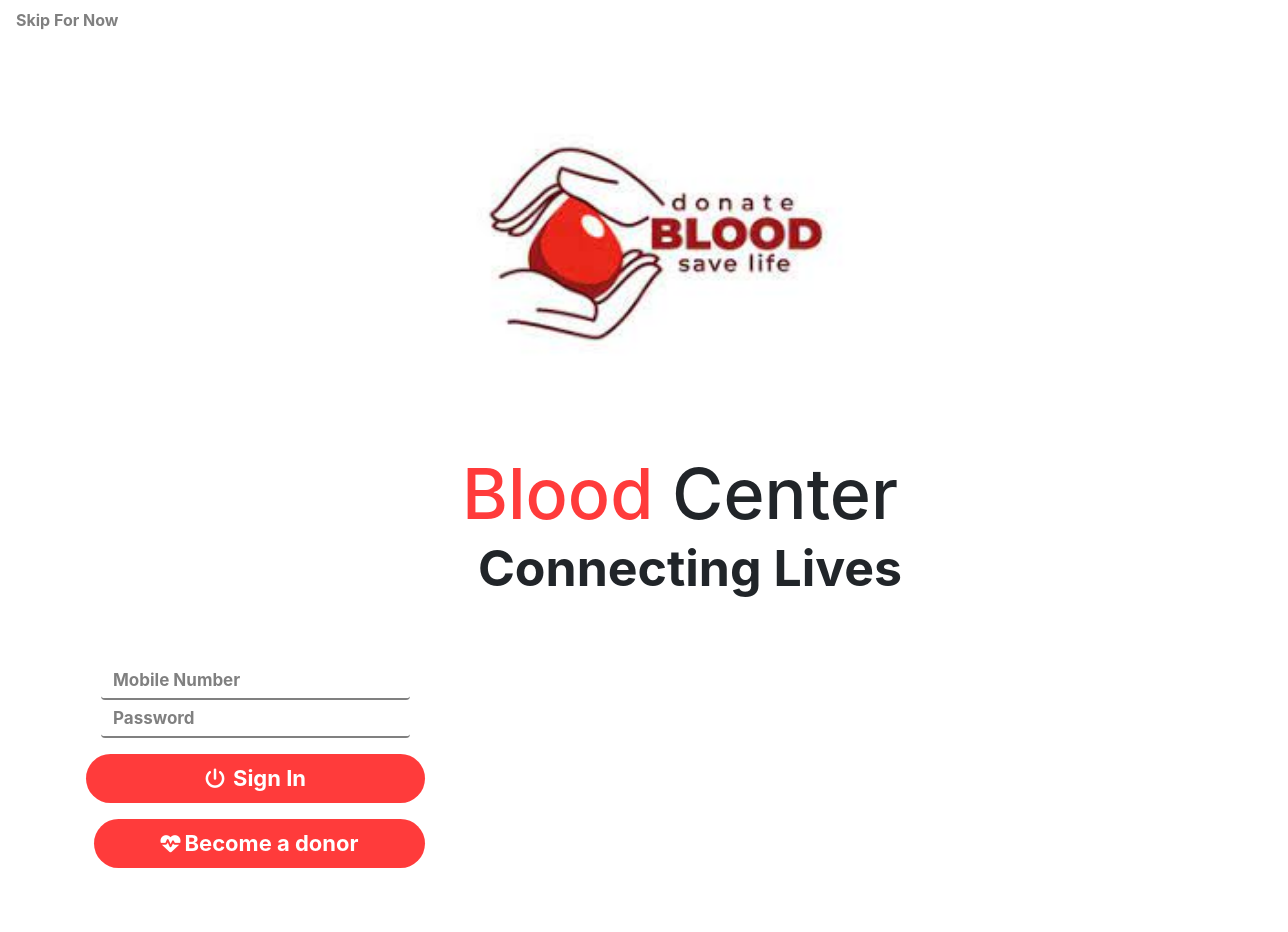
Repository: syedali042/jbds
Page: /
These files come from the project's save history. The page is drawn as it stood at one moment and after the next save; the edit follows.
The browser window is 1280 px wide. The page is 1288 px wide, so the pictures cover 1288 px, including what lies to the right of the window. The pictures show the whole page.
Some web libraries are served in a nearby version. The project was rebuilt for these pictures with package versions that can differ from the ones it lists, and the page was loaded fresh each time. Also part of the build but not shown: src/components/Header.js, src/components/About.js, src/components/Register.js, src/components/Header2.js, src/components/Home.js, src/components/Header4.js, src/components/Request.js, src/components/Header3.js and 1 more.

Above is the page before, as saved 2021-11-09 20:48:39.

After the next save:
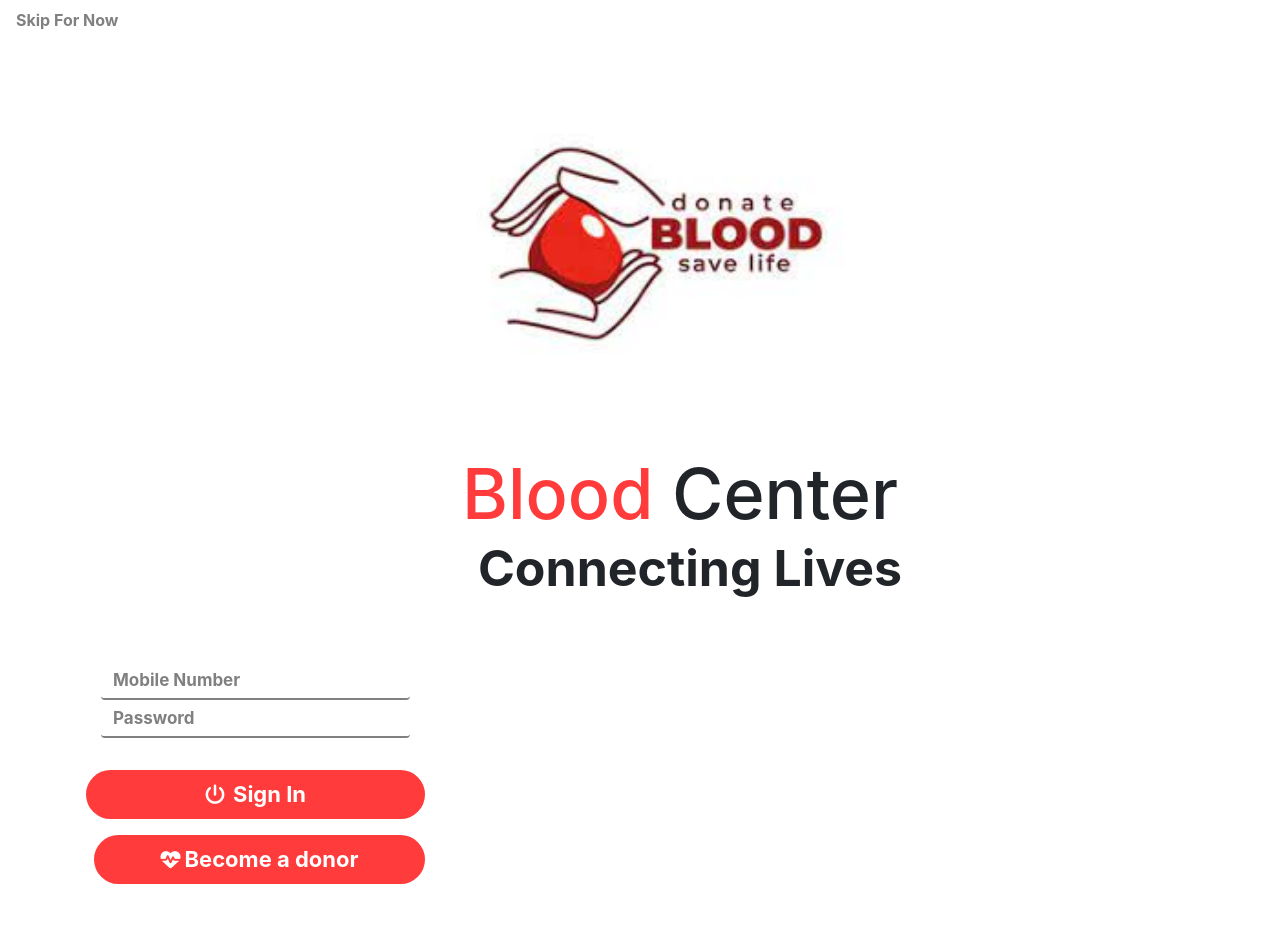
Saved 11 s later.
--- a/src/components/Login.js
+++ b/src/components/Login.js
@@ -74,7 +74,7 @@ function Login() {
                                     />
 
                                     {errors.password && touched.password && errors.password}
-                                <div className="row d-flex align-items-center justify-content-center">
+                                <div className="row d-flex align-items-center justify-content-center mt-3">
                                     <button type="submit" disabled={isSubmitting} className="sign p-2 mt-3 w-100">
                                         <i className="fas fa-power-off mr-2 "></i>Sign In
                                     </button>
